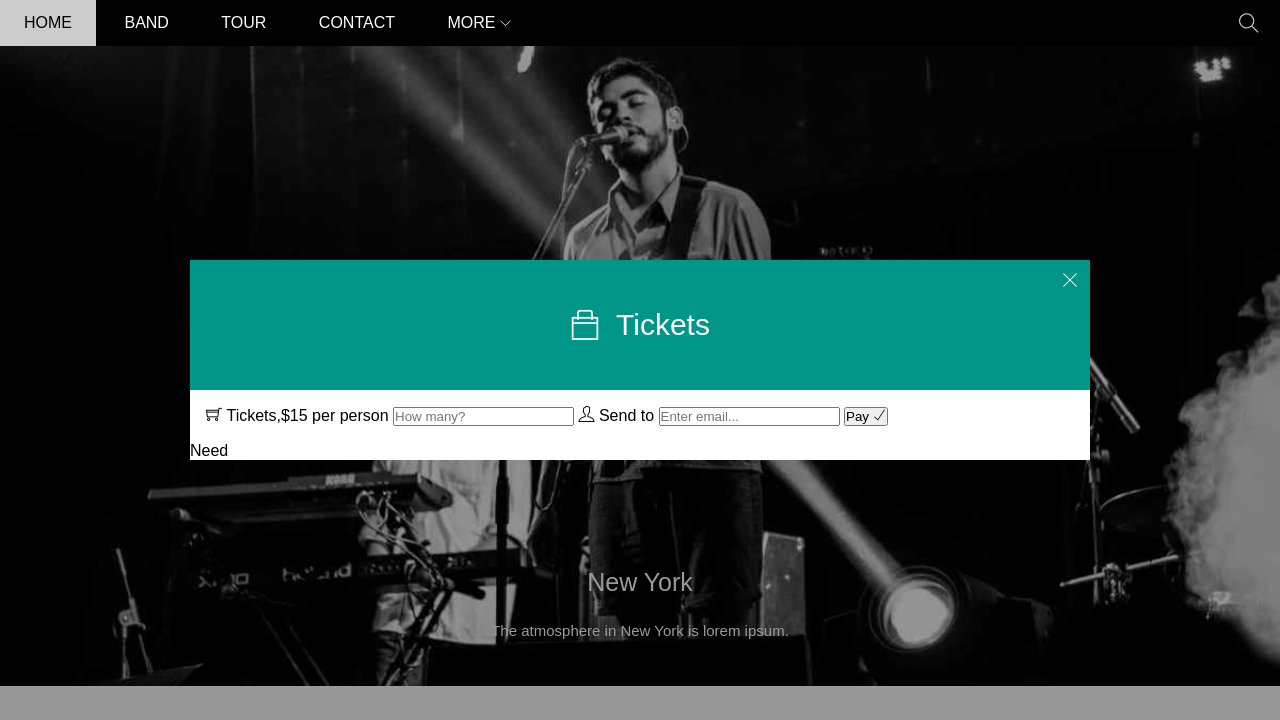
Repository: BrandonTuan777/The_Band
Page: index.html
The author's editor kept a copy of each file at every save. The page is drawn from the files as they stood at one save, then again after the next save.
The browser window is 1280 px wide. The pictures show the window.
A layer covers the whole window, so only the first screen is drawn.

Above is the page before, as saved 2022-04-17 21:28:08.

After the next save:
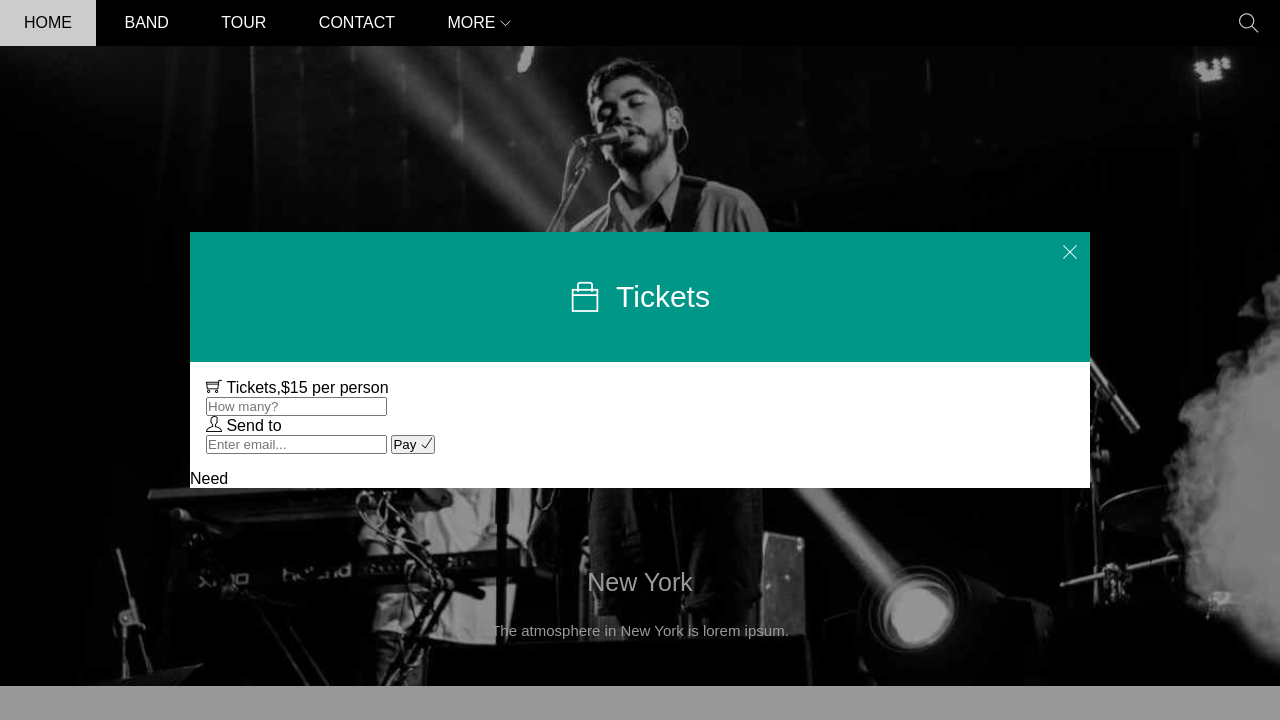
Saved 2 min 11 s later.
--- a/assets/css/styles.css
+++ b/assets/css/styles.css
@@ -440,3 +440,7 @@ header.modal-header {
 .modal-body {
   padding: 16px;
 }
+
+.modal-label {
+  display: block;
+}
